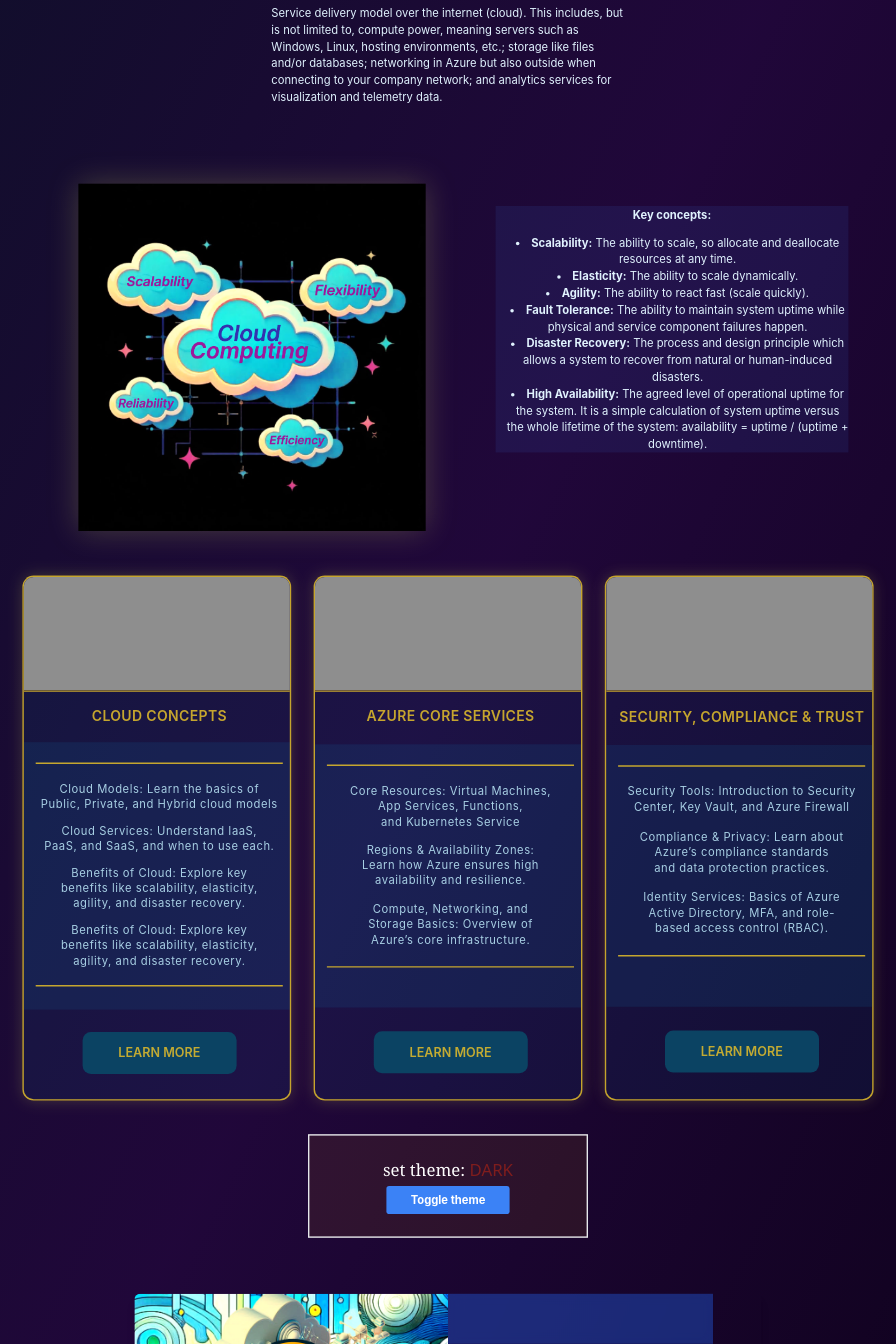
Repository: Freezler/az-900_svelte5
Page: /
These files come from the project's save history. The page is drawn as it stood at one moment and after the next save; the edit follows.
The browser window is 1280 px wide. The pictures show the part of the page from y = 406 to 2326 px (the page is 2706 px tall before and 2638 px after), at 70% of full size.
Pictures or frames that could not be fetched are drawn as grey boxes. The project was rebuilt for these pictures with package versions that can differ from the ones it lists, and the page was loaded fresh each time. The framework's server and built-in components were replaced by stand-ins that run in the browser. Also part of the build but not shown: vite.config.ts.

Above is the page before, as saved 2024-11-10 10:39:29.

After the next save:
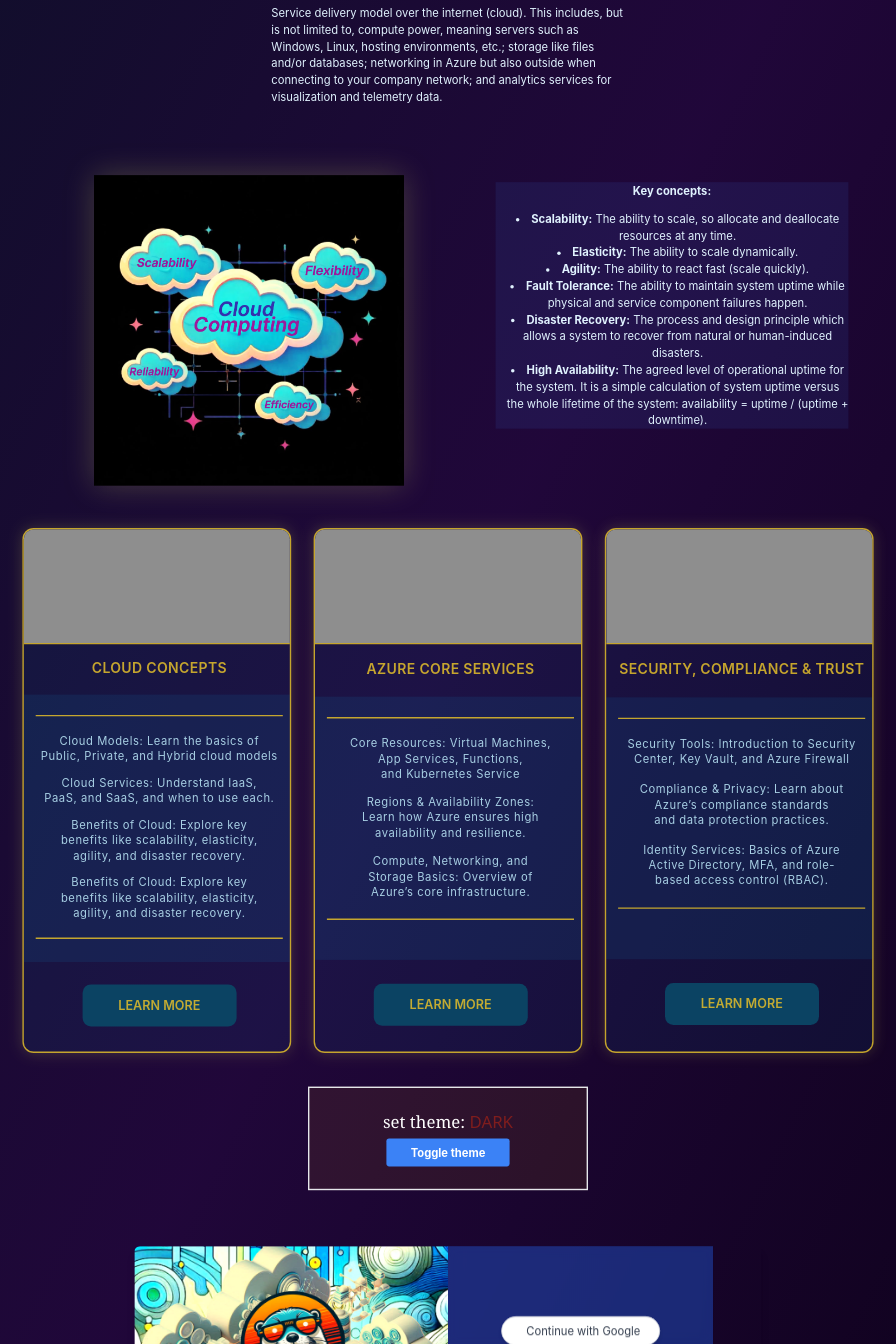
Saved 19 s later.
--- a/src/components/ComputingArticle.svelte
+++ b/src/components/ComputingArticle.svelte
@@ -14,7 +14,7 @@
 		alt="cloudSolutions"
 		loading="lazy"
 
-		class=" text-sky-100 drop-shadow-[0_0px_22px_rgba(255,255,99,0.2)] "
+		class=" text-sky-100 drop-shadow-[0_0px_22px_rgba(255,255,99,0.2)] w-[572px] "
 	/>
 	<article
 		class="my-8 grid items-center justify-center gap-4 place-self-center bg-blue-500/10  text-sky-100 lg:max-w-[50ch] w-[572px]"
